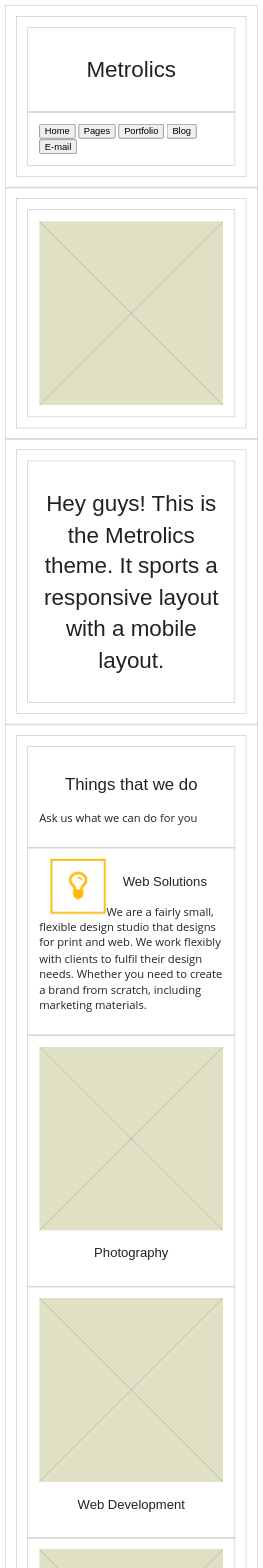
Repository: lpcmendoza/LAB02BF_Group9
Page: index.html
An editor plug-in stored every save of this project. The page is shown before and after the next save, followed by the edit.
The browser window is 375 px wide. The pictures show the part of the page from y = 0 to 2240 px (the page is 6974 px tall), at 70% of full size.

Above is the page before, as saved 2024-02-11 21:17:38.

After the next save:
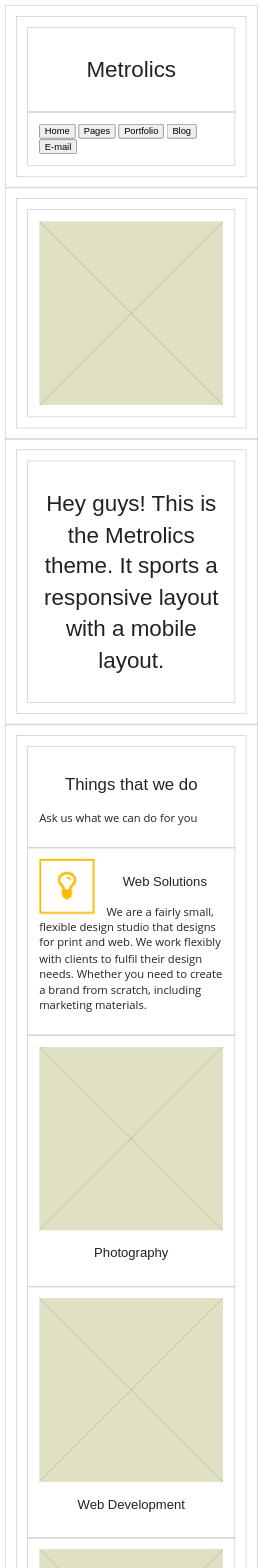
Saved 12 s later.
--- a/css/style.css
+++ b/css/style.css
@@ -181,7 +181,7 @@
       max-width: 5em;
       max-height: 5em;
       float: left;
-      margin-left: 1em;
+      margin-right: 1em;
   }
 
   .what-we-do-container {
